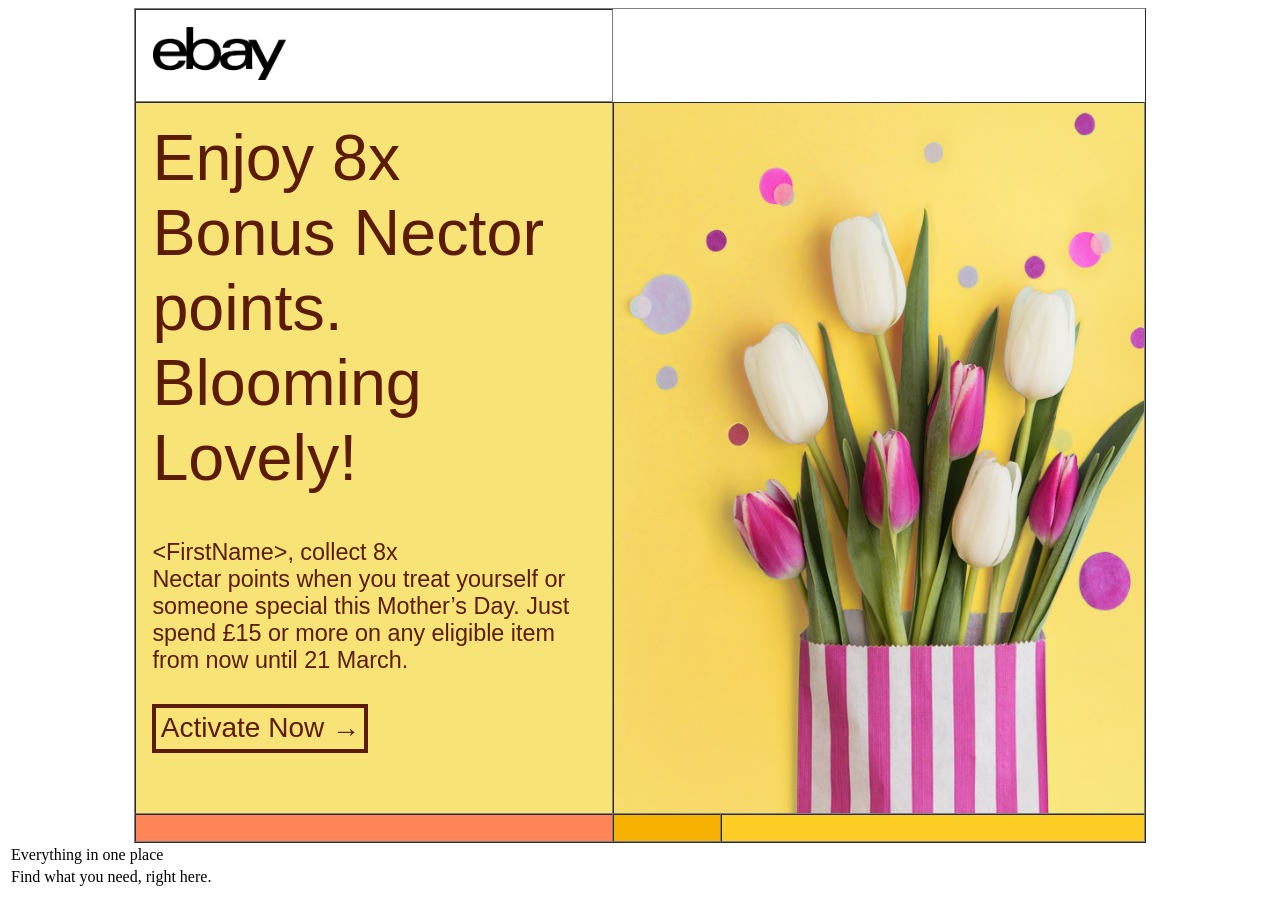
Repository: AnkurDevv/feed-dev-test
Page: index.html
The author's editor kept a copy of each file at every save. The page is drawn from the files as they stood at one save, then again after the next save.
The browser window is 1280 px wide. The pictures show the whole page.

Above is the page before, as saved 2020-03-29 15:33:17.

After the next save:
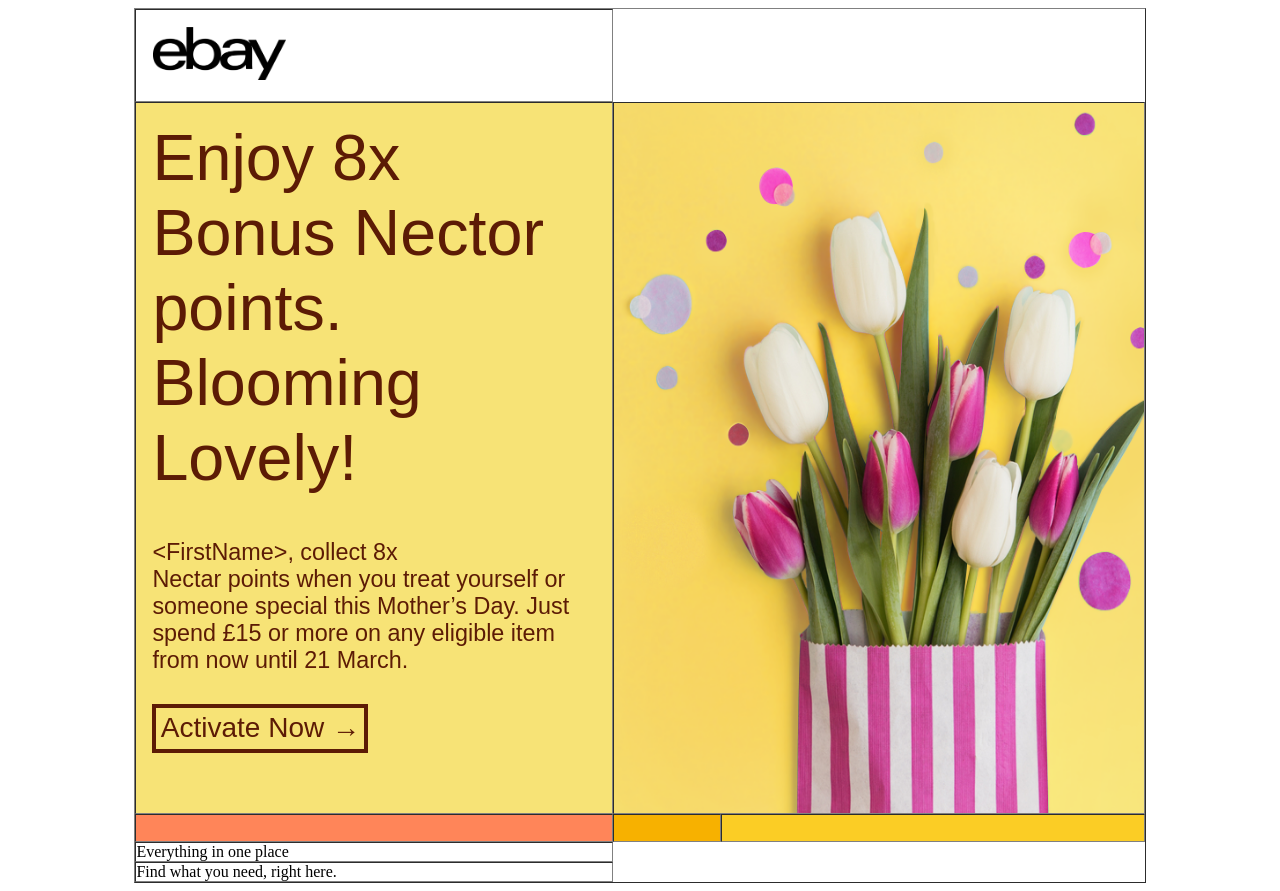
Saved 76 s later.
--- a/index.html
+++ b/index.html
@@ -97,14 +97,12 @@
 
     <!-- PRODUCT DESCRIPTION SECTION - START  -->
     <tr id="ProductDescContainer">
-      <table>
-        <tr>
-          <td>Everything in one place</td>
-        </tr>
-        <tr>
-          <td>Find what you need, right here.</td>
-        </tr>
-      </table>
+    <tr>
+      <td>Everything in one place</td>
+    </tr>
+    <tr>
+      <td>Find what you need, right here.</td>
+    </tr>
     </tr>
     <!-- PRODUCT DESCRIPTION SECTION - END -->
 
